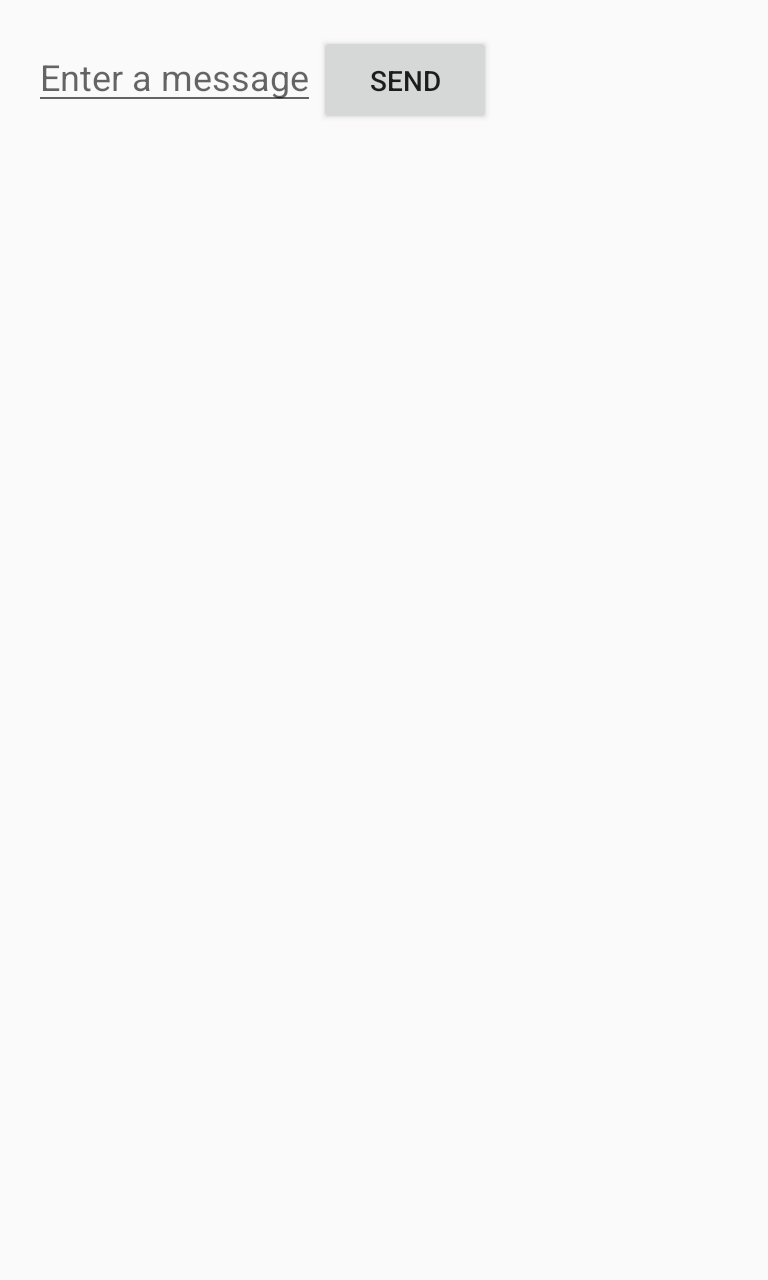
Repository: Carhugar1/BathroomRater
Layout: BathroomRater/res/layout/activity_main.xml
The author's editor kept a copy of each file at every save. The layout is drawn from the files as they stood at one save, then again after the next save.
It is drawn on a 768 x 1280 px phone screen (xhdpi) without system bars, with theme AppTheme; the app's code is not run.

Above is the layout before, as saved 2014-09-13 04:20:58.

After the next save:
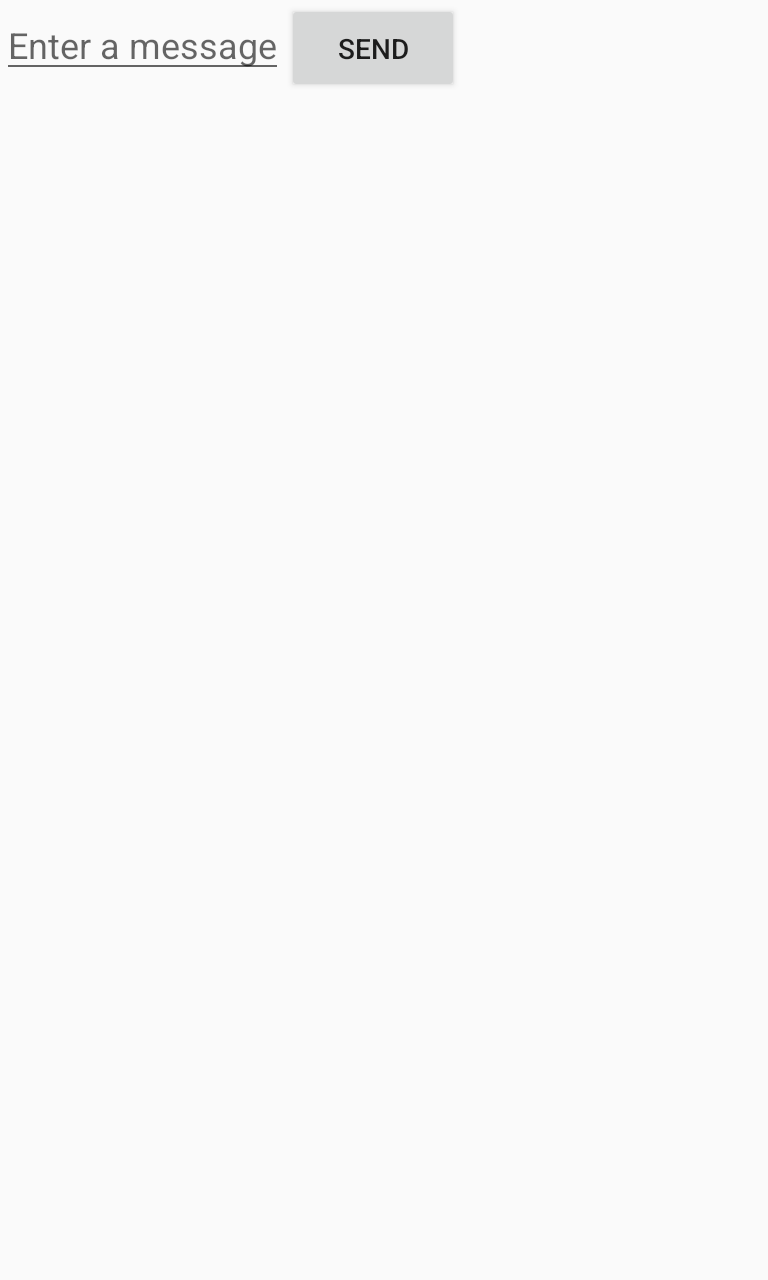
Saved 113 s later.
--- a/BathroomRater/res/layout/activity_main.xml
+++ b/BathroomRater/res/layout/activity_main.xml
@@ -1,13 +1,3 @@
-<RelativeLayout xmlns:android="http://schemas.android.com/apk/res/android"
-    xmlns:tools="http://schemas.android.com/tools"
-    android:layout_width="match_parent"
-    android:layout_height="match_parent"
-    android:paddingBottom="@dimen/activity_vertical_margin"
-    android:paddingLeft="@dimen/activity_horizontal_margin"
-    android:paddingRight="@dimen/activity_horizontal_margin"
-    android:paddingTop="@dimen/activity_vertical_margin"
-    tools:context="com.bathroomrater.MainActivity" >
-
     <LinearLayout xmlns:android="http://schemas.android.com/apk/res/android"
     xmlns:tools="http://schemas.android.com/tools"
     android:layout_width="match_parent"
